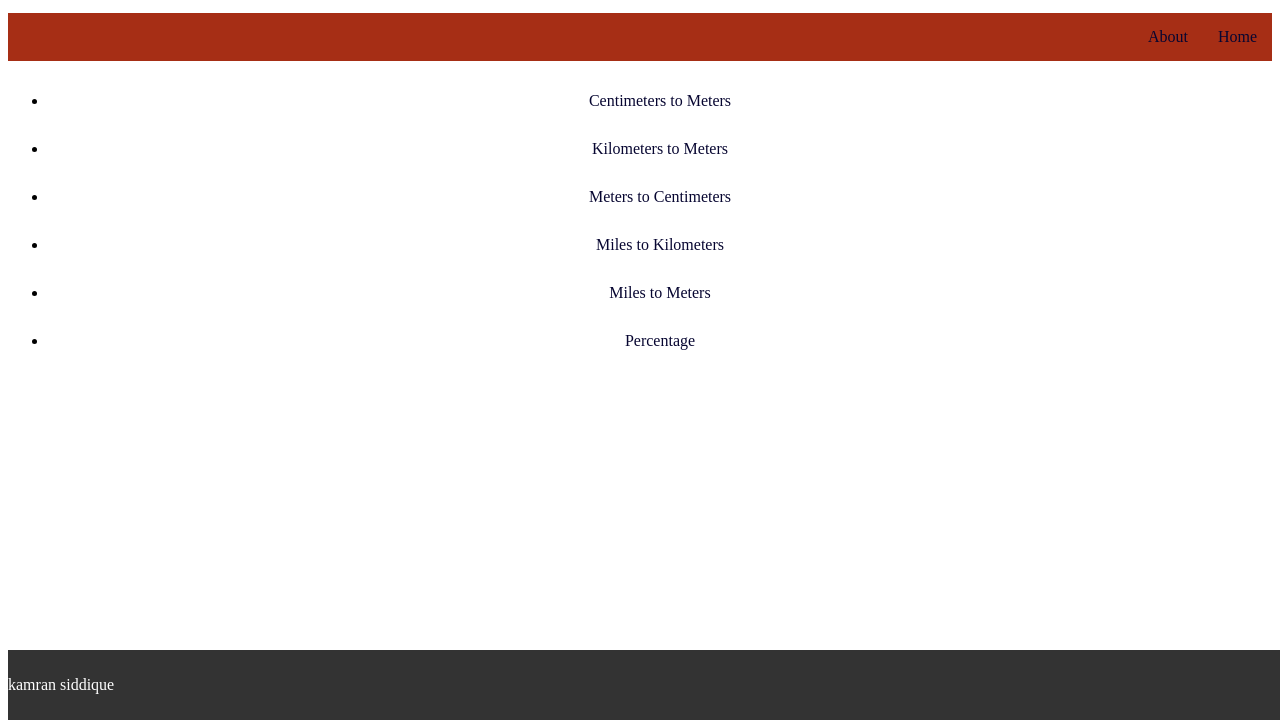
Repository: Kamrangujjar85112/Length-Converter
Page: html/home.html
These files come from the project's save history. The page is drawn as it stood at one moment and after the next save; the edit follows.
The browser window is 1280 px wide. The pictures show the whole page.

Above is the page before, as saved 2022-01-21 02:46:25.

After the next save:
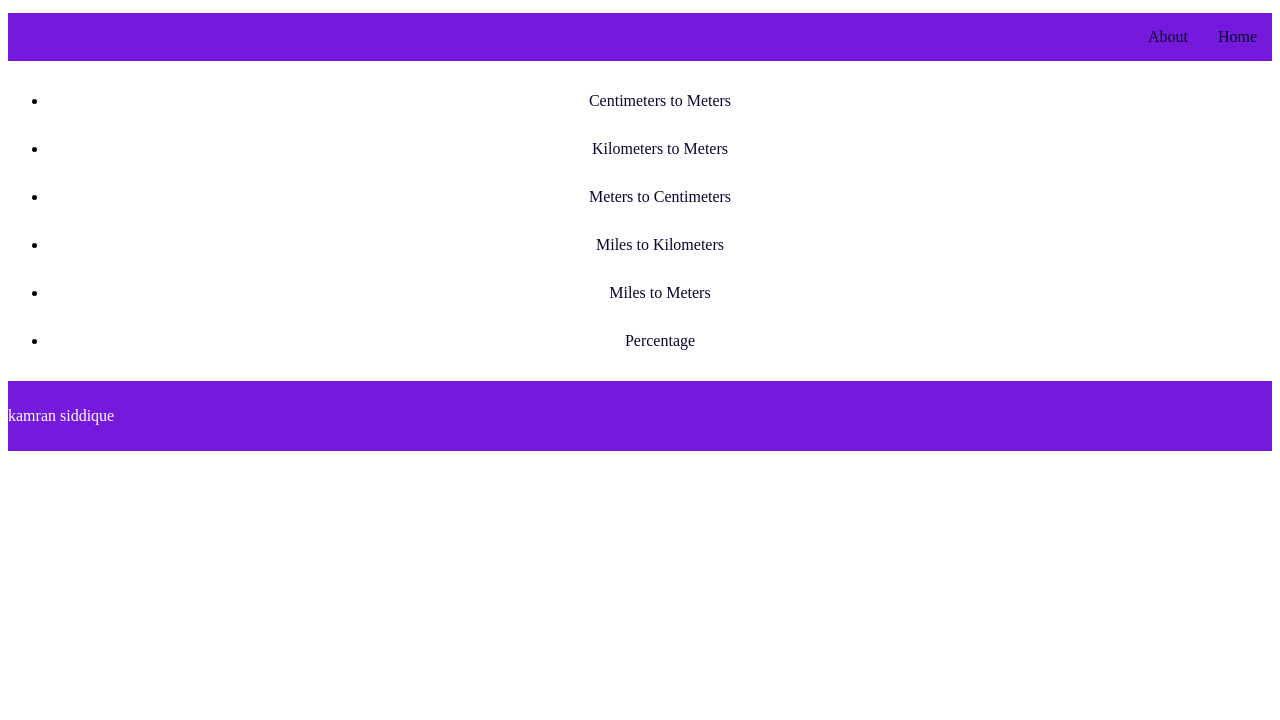
Saved 74 s later.
--- a/css/style.css
+++ b/css/style.css
@@ -14,7 +14,7 @@
     margin: 0;
     padding: 0;
     overflow: hidden;
-    background-color: #A62E15;
+    background: rgb(117, 26, 221);
   }
 
   .nav-li {
@@ -38,8 +38,8 @@
     bottom: 0;
     width: 100%;
     margin: 0;
-    position: fixed;
-    background: #333;
+    position: relative;
+    background: rgb(117, 26, 221);
     padding: 10px 0;
     color: #fff;
 }
